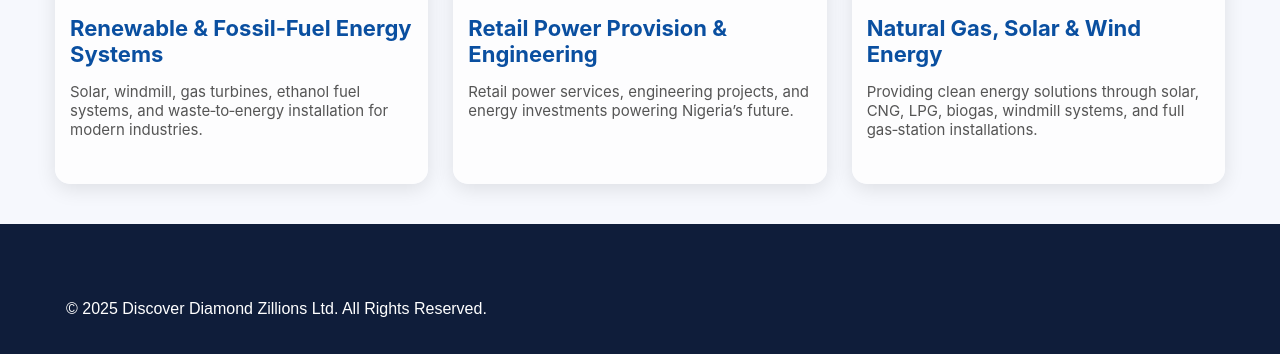
Repository: trenzyfx1/Discover-Diamond-Zillions-Nigeria-Limited
Page: pages/service.html
The author's editor kept a copy of each file at every save. The page is drawn from the files as they stood at one save, then again after the next save.
The browser window is 1280 px wide. The pictures show the part of the page from y = 3309 to 3982 px (the page is 3663 px tall before and 3982 px after).

Above is the page before, as saved 2025-11-27 16:59:41.
Console error: TypeError: Cannot read properties of null (reading 'querySelector')

After the next save:
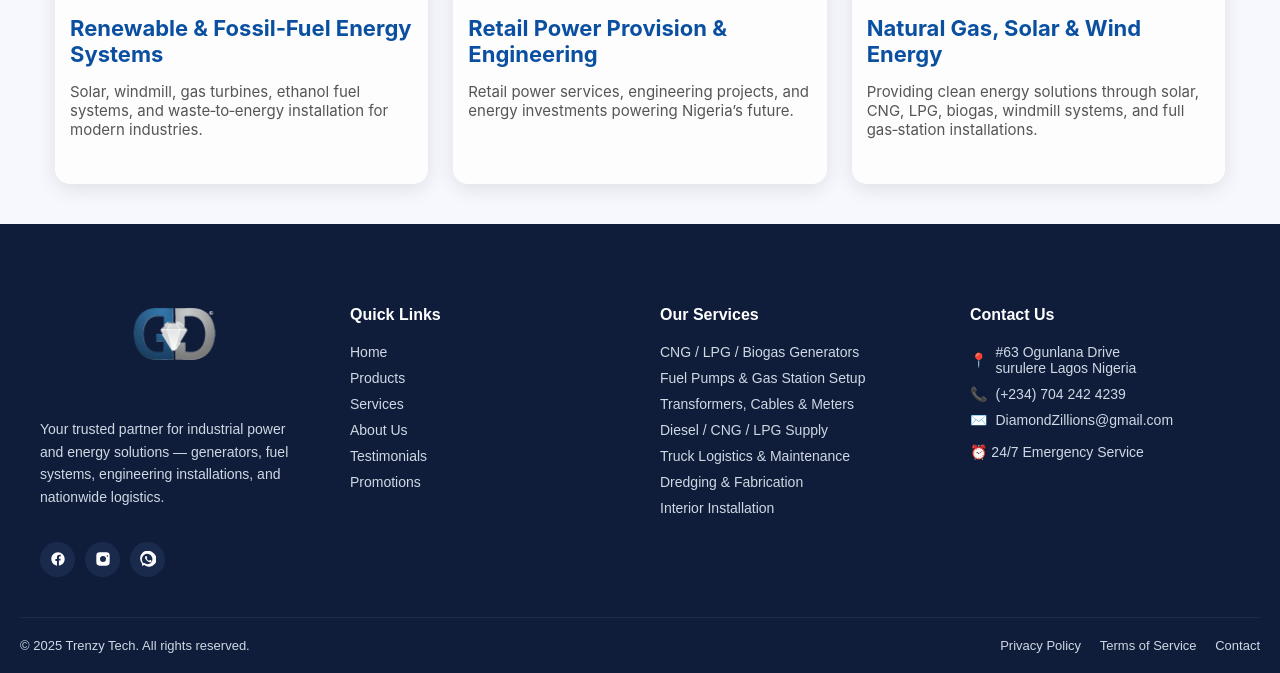
Saved 45 s later.
--- a/pages/service.html
+++ b/pages/service.html
@@ -251,12 +251,106 @@
         </div>
     </section>
 
-    <!-- FOOTER -->
-    <footer class="footer">
-        <div class="container">
-            <p>© 2025 Discover Diamond Zillions Ltd. All Rights Reserved.</p>
-        </div>
-    </footer>
+    <footer class="footer" role="contentinfo">
+            <div class="footer-container">
+
+                <!-- LEFT: logo + blurb + socials -->
+                <div class="footer-logo" aria-label="company info">
+                    <!-- replace src with your logo file -->
+                    <img src="./images/logo.png" alt="Discover Diamond Zillions Nigeria Limited logo"
+                        style="margin: auto;" />
+
+                    <p>
+                        Your trusted partner for industrial power and energy solutions — generators, fuel systems,
+                        engineering installations, and nationwide logistics.
+                    </p>
+
+
+                    <div class="footer-socials" aria-label="social links">
+                        <!-- Replace hrefs with real links; these are simple icons using SVG -->
+                        <a href="#" aria-label="Facebook" title="Facebook">
+                            <svg width="16" height="16" viewBox="0 0 24 24" fill="none" aria-hidden="true">
+                                <path
+                                    d="M22 12.07C22 6.48 17.52 2 11.93 2S2 6.48 2 12.07c0 5.02 3.66 9.18 8.44 9.93v-7.03H8.07v-2.9h2.37V9.41c0-2.35 1.4-3.65 3.54-3.65 1.03 0 2.11.18 2.11.18v2.32h-1.18c-1.16 0-1.52.72-1.52 1.46v1.75h2.58l-.41 2.9h-2.17V22C18.34 21.25 22 17.09 22 12.07z"
+                                    fill="currentColor" />
+                            </svg>
+                        </a>
+
+                        <a href="#" aria-label="Instagram" title="Instagram">
+                            <svg width="16" height="16" viewBox="0 0 24 24" fill="none" aria-hidden="true">
+                                <path
+                                    d="M7 2h10a5 5 0 0 1 5 5v10a5 5 0 0 1-5 5H7a5 5 0 0 1-5-5V7a5 5 0 0 1 5-5zM12 7.5A4.5 4.5 0 1 0 12 16.5 4.5 4.5 0 0 0 12 7.5zM18.5 6.3a1.1 1.1 0 1 0 0 2.2 1.1 1.1 0 0 0 0-2.2z"
+                                    fill="currentColor" />
+                            </svg>
+                        </a>
+
+                        <a href="#" aria-label="WhatsApp" title="WhatsApp">
+                            <svg width="16" height="16" viewBox="0 0 24 24" fill="none" aria-hidden="true">
+                                <path
+                                    d="M20.5 3.5A11 11 0 0 0 3 18.6L3 22l3.5-.9A11 11 0 0 0 20.5 3.5zM12 20a7.9 7.9 0 0 1-4.15-1.16L7 18l-1.3.33A7.9 7.9 0 1 1 12 20zM17 14.2c-.25-.12-1.46-.72-1.7-.8-.23-.08-.4-.12-.57.12-.16.23-.64.8-.78.97-.14.16-.28.18-.52.06-.24-.12-1-0.37-1.9-1.17-.71-.64-1.19-1.43-1.33-1.68-.14-.25 0-.38.11-.5.11-.11.24-.28.37-.42.12-.14.16-.24.24-.4.08-.16 0-.31-.05-.42-.05-.1-.57-1.37-.78-1.88-.2-.49-.41-.42-.57-.43-.15-.01-.32-.01-.49-.01s-.42.06-.64.31c-.22.25-.84.82-.84 2.01s.86 2.33.98 2.5c.12.18 1.7 2.6 4.12 3.65 2.4 1.05 2.4.7 2.83.66.43-.04 1.4-.57 1.6-1.12.2-.55.2-1.02.14-1.12-.06-.1-.23-.16-.5-.28z"
+                                    fill="currentColor" />
+                            </svg>
+                        </a>
+                    </div>
+                </div>
+
+                <!-- MIDDLE: Quick Links -->
+                <nav class="footer-links" aria-label="quick links">
+                    <h4>Quick Links</h4>
+                    <a href="#">Home</a>
+                    <a href="#">Products</a>
+                    <a href="#">Services</a>
+                    <a href="#">About Us</a>
+                    <a href="#">Testimonials</a>
+                    <a href="#">Promotions</a>
+                </nav>
+
+                <div class="footer-services" aria-label="our services">
+                    <h4>Our Services</h4>
+                    <a href="#">CNG / LPG / Biogas Generators</a>
+                    <a href="#">Fuel Pumps & Gas Station Setup</a>
+                    <a href="#">Transformers, Cables & Meters</a>
+                    <a href="#">Diesel / CNG / LPG Supply</a>
+                    <a href="#">Truck Logistics & Maintenance</a>
+                    <a href="#">Dredging & Fabrication</a>
+                    <a href="#">Interior Installation</a>
+                </div>
+
+                <!-- RIGHT: Contact -->
+                <div class="footer-contact" aria-label="contact us">
+                    <h4>Contact Us</h4>
+
+                    <a href="#" class="contact-item">
+                        <!-- small pin icon -->
+                        <span aria-hidden="true">📍</span>
+                        <span>#63 Ogunlana Drive <br> surulere Lagos Nigeria</span>
+                    </a>
+
+                    <a href="tel:+11234567890" class="contact-item">
+                        <span aria-hidden="true">📞</span>
+                        <span>(+234) 704 242 4239</span>
+                    </a>
+
+                    <a href="mailto:DiamondZillions@gmail.com" class="contact-item">
+                        <span aria-hidden="true">✉️</span>
+                        <span>DiamondZillions@gmail.com</span>
+                    </a>
+
+                    <div style="margin-top:6px; font-size:14px; color:#cfd8e3;">
+                        <span aria-hidden="true">⏰</span> 24/7 Emergency Service
+                    </div>
+                </div>
+            </div>
+
+            <div class="footer-bottom">
+                <div>© 2025 Trenzy Tech. All rights reserved.</div>
+                <div>
+                    <a href="#">Privacy Policy</a>
+                    <a href="#">Terms of Service</a>
+                    <a href="#">Contact</a>
+                </div>
+            </div>
+        </footer>
 
     <script src="../js/script.js"></script>
 </body>
